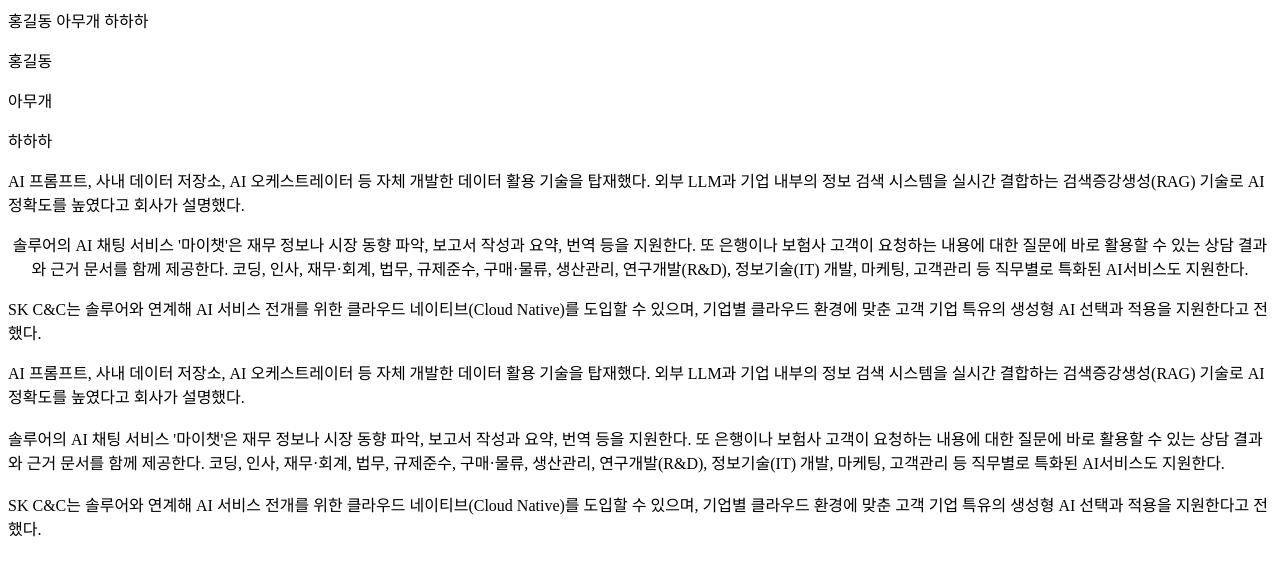
Repository: zzzzzzin/Client
Page: ClientTest/src/main/webapp/html/ex08_p.html
These files come from the project's save history. The page is drawn as it stood at one moment and after the next save; the edit follows.
The browser window is 1280 px wide. The pictures show the whole page.

Above is the page before, as saved 2024-03-13 00:25:16.

After the next save:
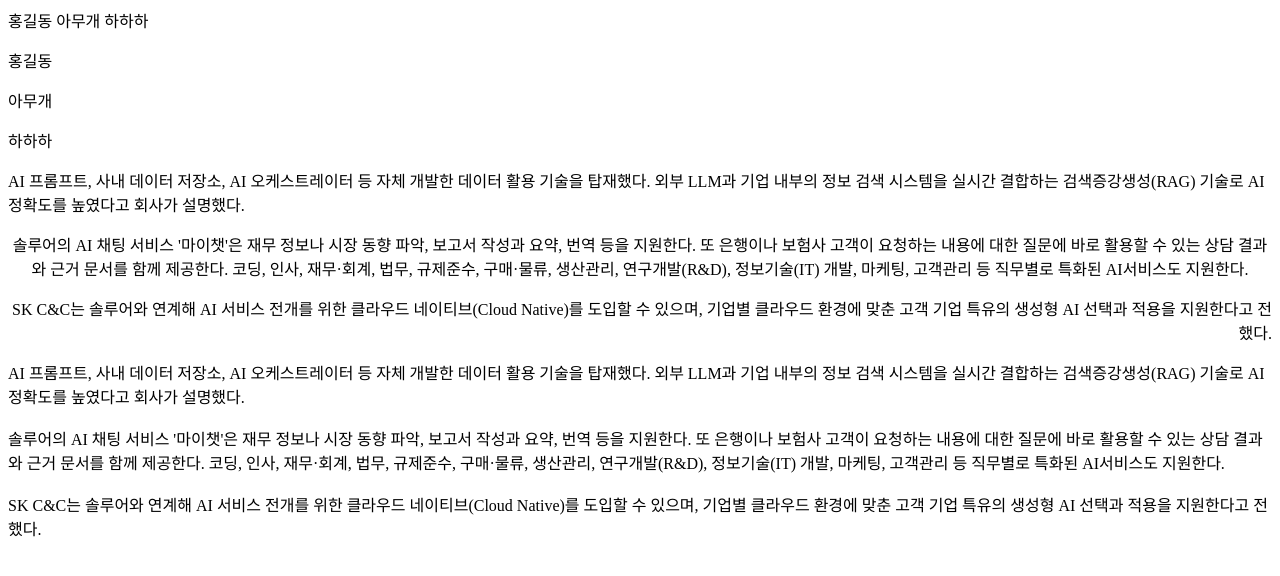
Saved 17 s later.
--- a/ClientTest/src/main/webapp/html/ex08_p.html
+++ b/ClientTest/src/main/webapp/html/ex08_p.html
@@ -31,7 +31,7 @@
 	<!-- <p>와 <font> + <br> 둘의 동일한 결과 -->
 	<p>AI 프롬프트, 사내 데이터 저장소, AI 오케스트레이터 등 자체 개발한 데이터 활용 기술을 탑재했다. 외부 LLM과 기업 내부의 정보 검색 시스템을 실시간 결합하는 검색증강생성(RAG) 기술로 AI 정확도를 높였다고 회사가 설명했다.</p>
 	<p align="center">솔루어의 AI 채팅 서비스 '마이챗'은 재무 정보나 시장 동향 파악, 보고서 작성과 요약, 번역 등을 지원한다. 또 은행이나 보험사 고객이 요청하는 내용에 대한 질문에 바로 활용할 수 있는 상담 결과와 근거 문서를 함께 제공한다. 코딩, 인사, 재무·회계, 법무, 규제준수, 구매·물류, 생산관리, 연구개발(R&D), 정보기술(IT) 개발, 마케팅, 고객관리 등 직무별로 특화된 AI서비스도 지원한다.</p>
-	<p>SK C&C는 솔루어와 연계해 AI 서비스 전개를 위한 클라우드 네이티브(Cloud Native)를 도입할 수 있으며, 기업별 클라우드 환경에 맞춘 고객 기업 특유의 생성형 AI 선택과 적용을 지원한다고 전했다.</p>
+	<p align="right">SK C&C는 솔루어와 연계해 AI 서비스 전개를 위한 클라우드 네이티브(Cloud Native)를 도입할 수 있으며, 기업별 클라우드 환경에 맞춘 고객 기업 특유의 생성형 AI 선택과 적용을 지원한다고 전했다.</p>
 
 	<font>AI 프롬프트, 사내 데이터 저장소, AI 오케스트레이터 등 자체 개발한 데이터 활용 기술을 탑재했다. 외부 LLM과 기업 내부의 정보 검색 시스템을 실시간 결합하는 검색증강생성(RAG) 기술로 AI 정확도를 높였다고 회사가 설명했다.</font><br><br>
 	<font>솔루어의 AI 채팅 서비스 '마이챗'은 재무 정보나 시장 동향 파악, 보고서 작성과 요약, 번역 등을 지원한다. 또 은행이나 보험사 고객이 요청하는 내용에 대한 질문에 바로 활용할 수 있는 상담 결과와 근거 문서를 함께 제공한다. 코딩, 인사, 재무·회계, 법무, 규제준수, 구매·물류, 생산관리, 연구개발(R&D), 정보기술(IT) 개발, 마케팅, 고객관리 등 직무별로 특화된 AI서비스도 지원한다.</font><br><br>

After the save that followed:
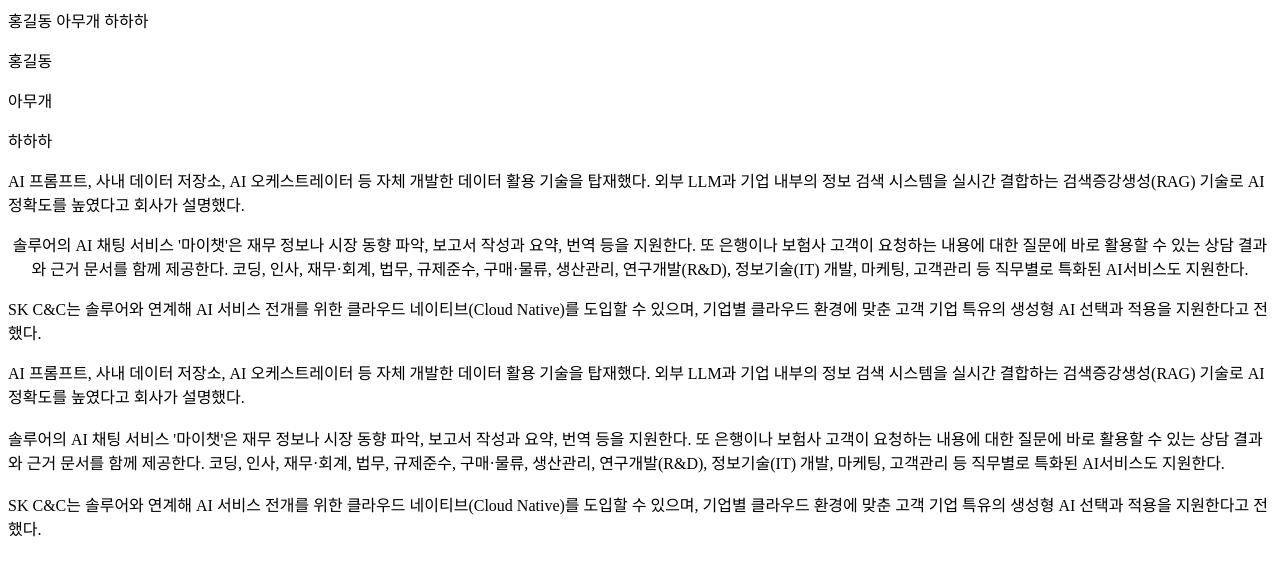
Saved 11 s later.
--- a/ClientTest/src/main/webapp/html/ex08_p.html
+++ b/ClientTest/src/main/webapp/html/ex08_p.html
@@ -31,7 +31,7 @@
 	<!-- <p>와 <font> + <br> 둘의 동일한 결과 -->
 	<p>AI 프롬프트, 사내 데이터 저장소, AI 오케스트레이터 등 자체 개발한 데이터 활용 기술을 탑재했다. 외부 LLM과 기업 내부의 정보 검색 시스템을 실시간 결합하는 검색증강생성(RAG) 기술로 AI 정확도를 높였다고 회사가 설명했다.</p>
 	<p align="center">솔루어의 AI 채팅 서비스 '마이챗'은 재무 정보나 시장 동향 파악, 보고서 작성과 요약, 번역 등을 지원한다. 또 은행이나 보험사 고객이 요청하는 내용에 대한 질문에 바로 활용할 수 있는 상담 결과와 근거 문서를 함께 제공한다. 코딩, 인사, 재무·회계, 법무, 규제준수, 구매·물류, 생산관리, 연구개발(R&D), 정보기술(IT) 개발, 마케팅, 고객관리 등 직무별로 특화된 AI서비스도 지원한다.</p>
-	<p align="right">SK C&C는 솔루어와 연계해 AI 서비스 전개를 위한 클라우드 네이티브(Cloud Native)를 도입할 수 있으며, 기업별 클라우드 환경에 맞춘 고객 기업 특유의 생성형 AI 선택과 적용을 지원한다고 전했다.</p>
+	<p align="jutify">SK C&C는 솔루어와 연계해 AI 서비스 전개를 위한 클라우드 네이티브(Cloud Native)를 도입할 수 있으며, 기업별 클라우드 환경에 맞춘 고객 기업 특유의 생성형 AI 선택과 적용을 지원한다고 전했다.</p>
 
 	<font>AI 프롬프트, 사내 데이터 저장소, AI 오케스트레이터 등 자체 개발한 데이터 활용 기술을 탑재했다. 외부 LLM과 기업 내부의 정보 검색 시스템을 실시간 결합하는 검색증강생성(RAG) 기술로 AI 정확도를 높였다고 회사가 설명했다.</font><br><br>
 	<font>솔루어의 AI 채팅 서비스 '마이챗'은 재무 정보나 시장 동향 파악, 보고서 작성과 요약, 번역 등을 지원한다. 또 은행이나 보험사 고객이 요청하는 내용에 대한 질문에 바로 활용할 수 있는 상담 결과와 근거 문서를 함께 제공한다. 코딩, 인사, 재무·회계, 법무, 규제준수, 구매·물류, 생산관리, 연구개발(R&D), 정보기술(IT) 개발, 마케팅, 고객관리 등 직무별로 특화된 AI서비스도 지원한다.</font><br><br>
